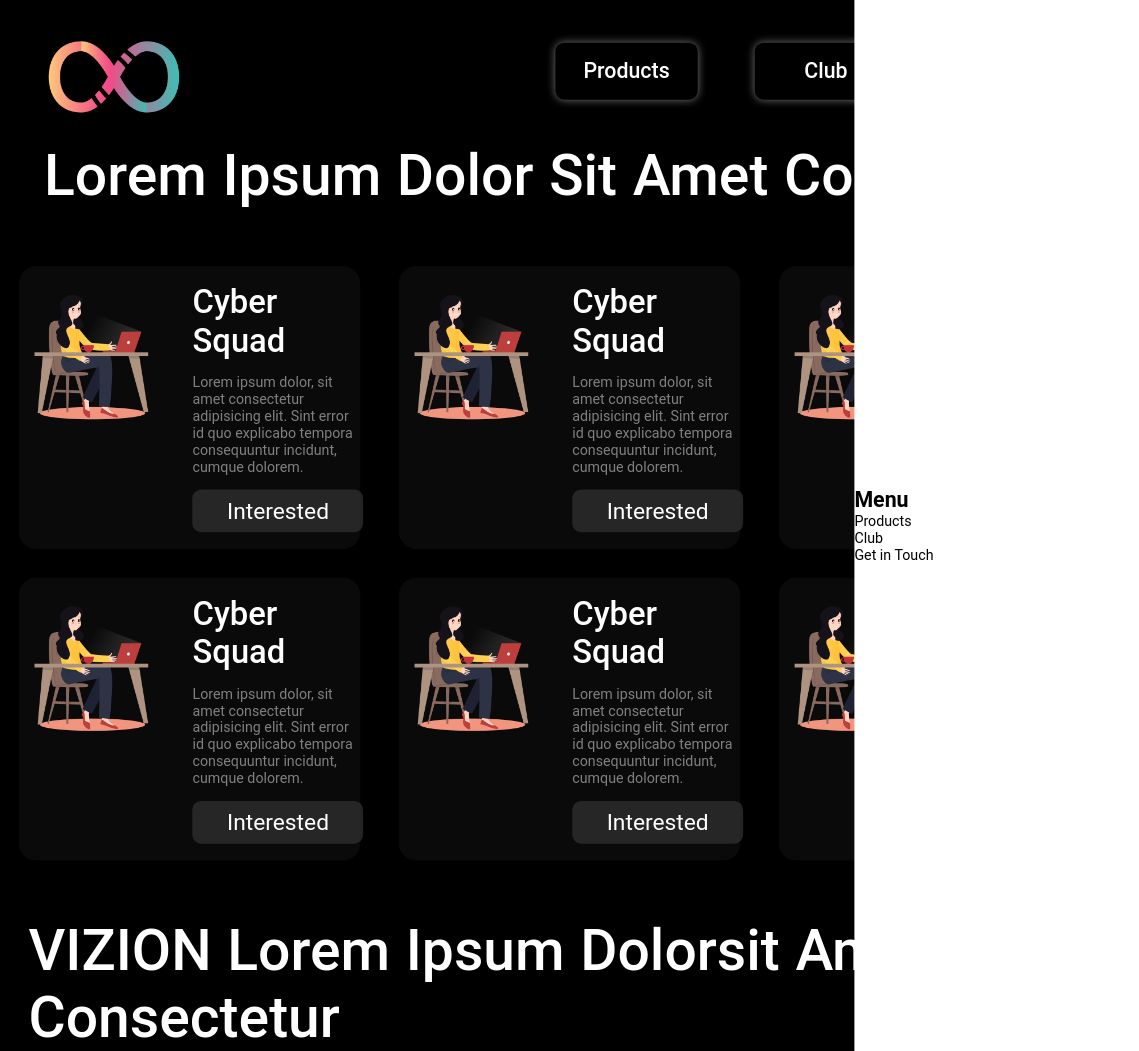
Repository: kapil4457/vizion-internship-project
Page: /
The author's editor kept a copy of each file at every save. The page is drawn from the files as they stood at one save, then again after the next save.
The browser window is 1280 px wide. The pictures show the whole page, at 89% of full size.
The project was rebuilt for these pictures with package versions that can differ from the ones it lists, and the page was loaded fresh each time. Also part of the build but not shown: src/index.css.

Above is the page before, as saved 2022-10-29 10:49:06.

After the next save:
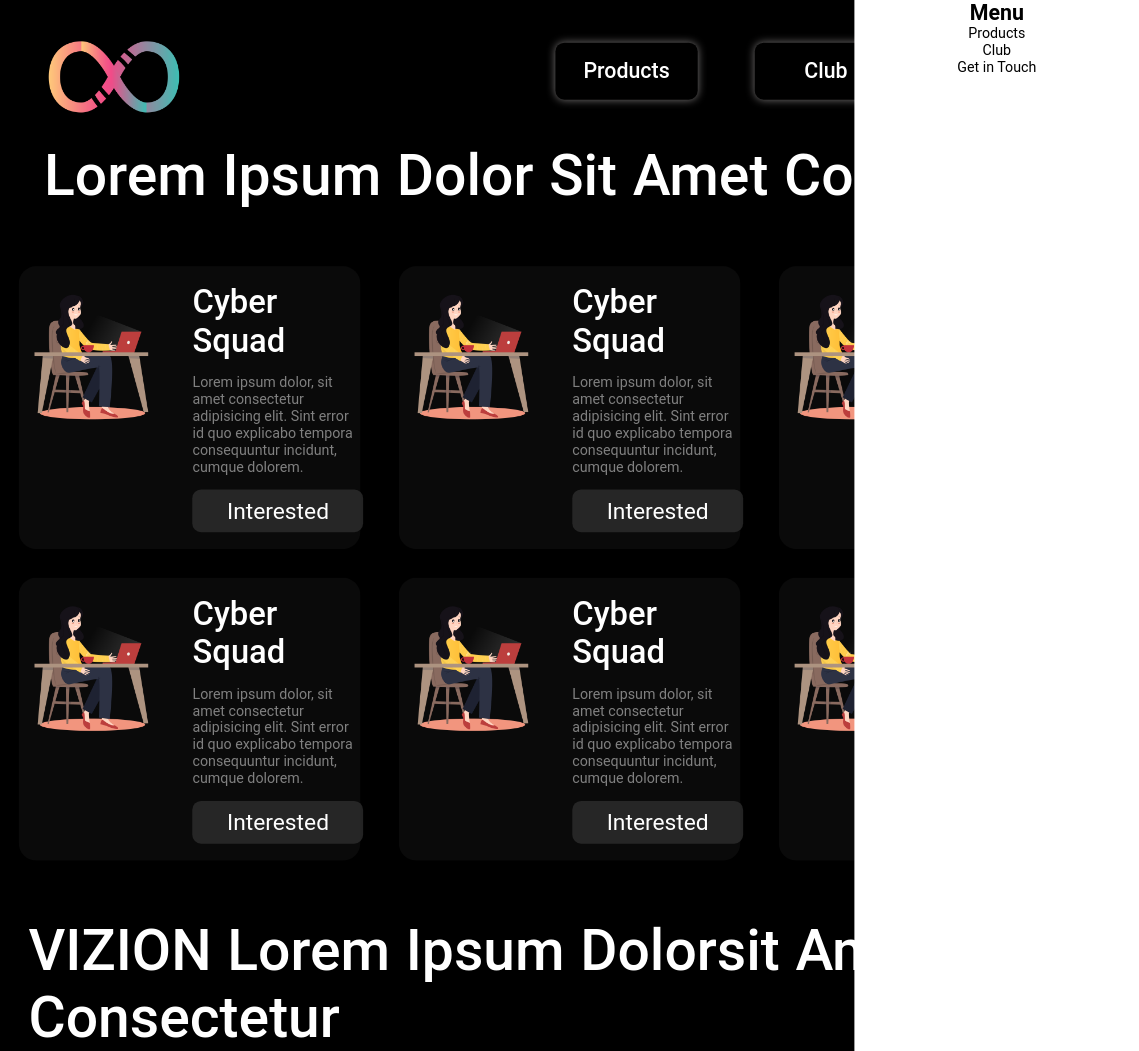
Saved 7 s later.
--- a/src/components/Header/Header.css
+++ b/src/components/Header/Header.css
@@ -58,8 +58,8 @@ body{
     z-index: 999;
     width:20rem;
     display:flex;
-    justify-content: center;
-    /* align-items: center; */
+    /* justify-content: center; */
+    align-items: center;
     flex-direction: column;
 }
 
